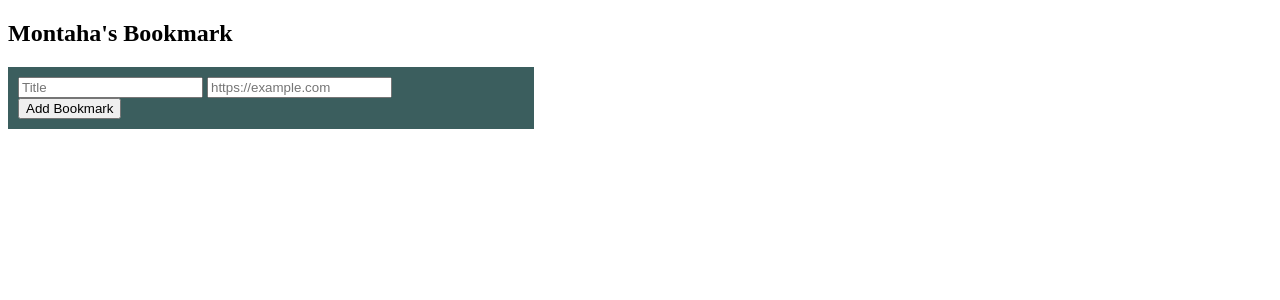
Repository: eidimontaha18-maker/finalproject
Page: index.html
The author's editor kept a copy of each file at every save. The page is drawn from the files as they stood at one save, then again after the next save.
The browser window is 1280 px wide. The pictures show the whole page.

Above is the page before, as saved 2025-11-25 23:22:10.

After the next save:
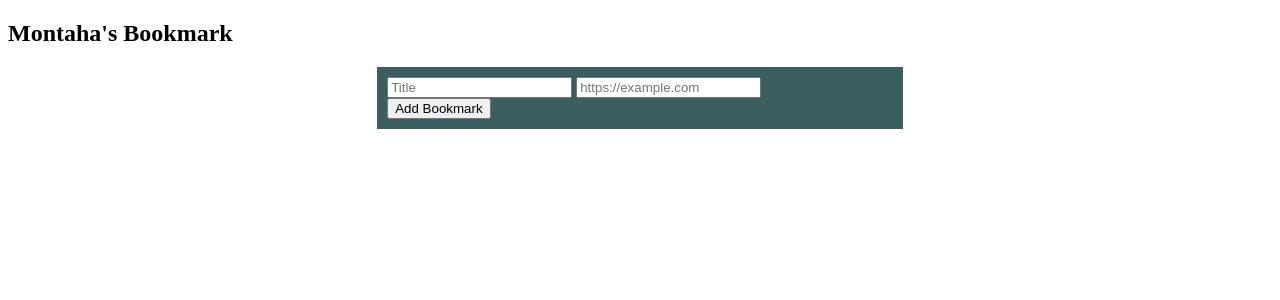
Saved 8 s later.
--- a/style.css
+++ b/style.css
@@ -2,5 +2,5 @@
     background-color: rgb(59, 94, 94);
     padding: 10px;
     width: 40%;
-    ;
+    margin: auto;
 }

After the save that followed:
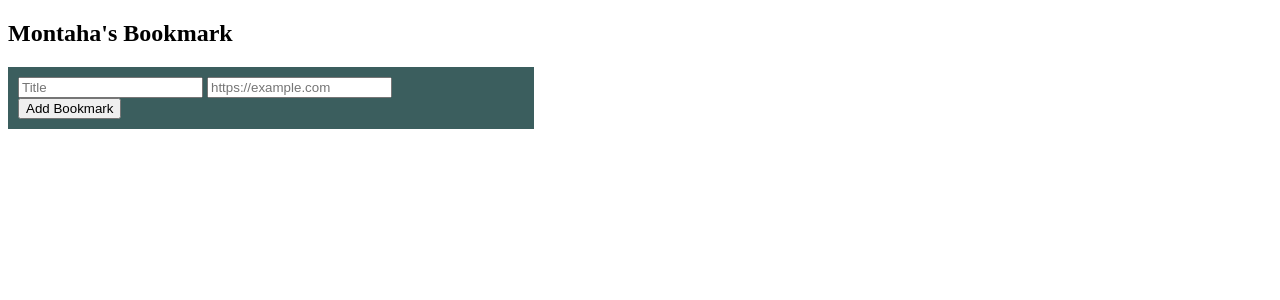
Saved 20 s later.
--- a/style.css
+++ b/style.css
@@ -2,5 +2,5 @@
     background-color: rgb(59, 94, 94);
     padding: 10px;
     width: 40%;
-    margin: auto;
+    ;
 }
